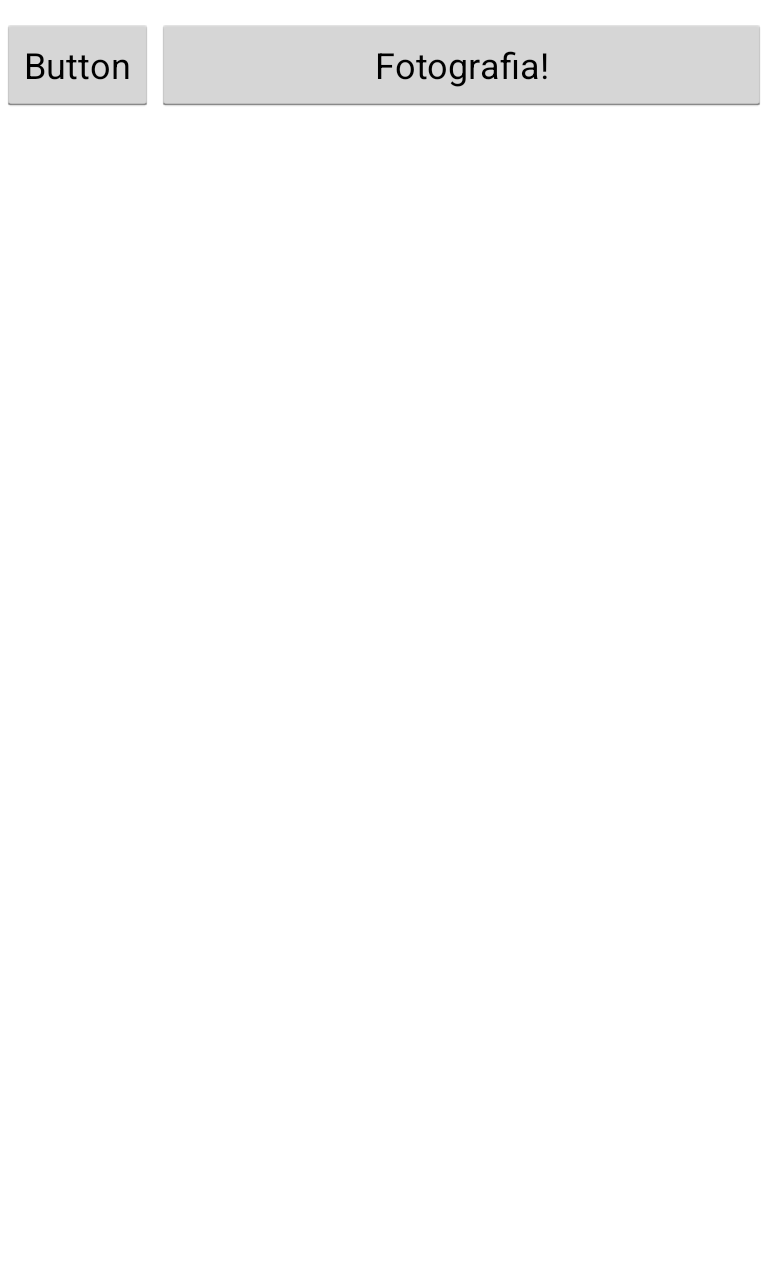
Repository: sstevenmr/SP-Galileo
Layout: Demo3_10/res/layout/activity_main.xml
These files come from the project's save history. The layout is drawn as it stood at one moment and after the next save; the edit follows.
It is drawn on a 768 x 1280 px phone screen (xhdpi) without system bars, with theme AppTheme; the app's code is not run. Lists and similar views that code fills are empty.

Above is the layout before, as saved 2014-02-24 17:02:29.

### Demo3_10/res/layout/activity_main.xml
<LinearLayout xmlns:android="http://schemas.android.com/apk/res/android"
    xmlns:tools="http://schemas.android.com/tools"
    android:layout_width="match_parent"
    android:layout_height="match_parent"
    android:orientation="vertical"
    tools:context=".MainActivity" >

    <LinearLayout
        android:orientation="horizontal"
        android:layout_width="match_parent"
        android:layout_height="wrap_content" >

        <Button
            android:id="@+id/button1"
            android:layout_width="wrap_content"
            android:layout_height="wrap_content"
            android:text="Button" />

        <Button
            android:id="@+id/btnPhoto"
            android:layout_width="match_parent"
            android:layout_height="wrap_content"
            android:gravity="center"
            android:text="@string/btn_Photo" />

        <Button
            android:id="@+id/btnUpdate"
            android:layout_width="wrap_content"
            android:layout_height="wrap_content"
            android:gravity="center"
            android:padding="20dp"
            android:text="@string/btn_Photo" />
    </LinearLayout>

    <GridView
        android:id="@+id/grid"
        android:layout_width="match_parent"
        android:layout_height="wrap_content"
        android:layout_marginTop="20dp"
        android:numColumns="2" >
    </GridView>

</LinearLayout>

### Demo3_10/res/values/strings.xml
<?xml version="1.0" encoding="utf-8"?>
<resources>

    <string name="app_name">Demo3</string>
    <string name="action_settings">Settings</string>
    <string name="hello_world">Hello world!</string>
    <string name="btn_Photo">Fotografia!</string>
    <string name="msg_yes">si</string>
    <string name="msg_no">no</string>
    <string name="title_activity_camera">CameraActivity</string>
	 <string name="btn_from_gallery">Desde la galeria</string>
	  <string name="btn_from_camera">Desde la camara</string>
</resources>

Loaded but not shown: Demo3_10/res/values/styles.xml (common file); Demo3_10/res/values-v11/styles.xml (common file); Demo3_10/res/values-v14/styles.xml (common file)

After the next save:
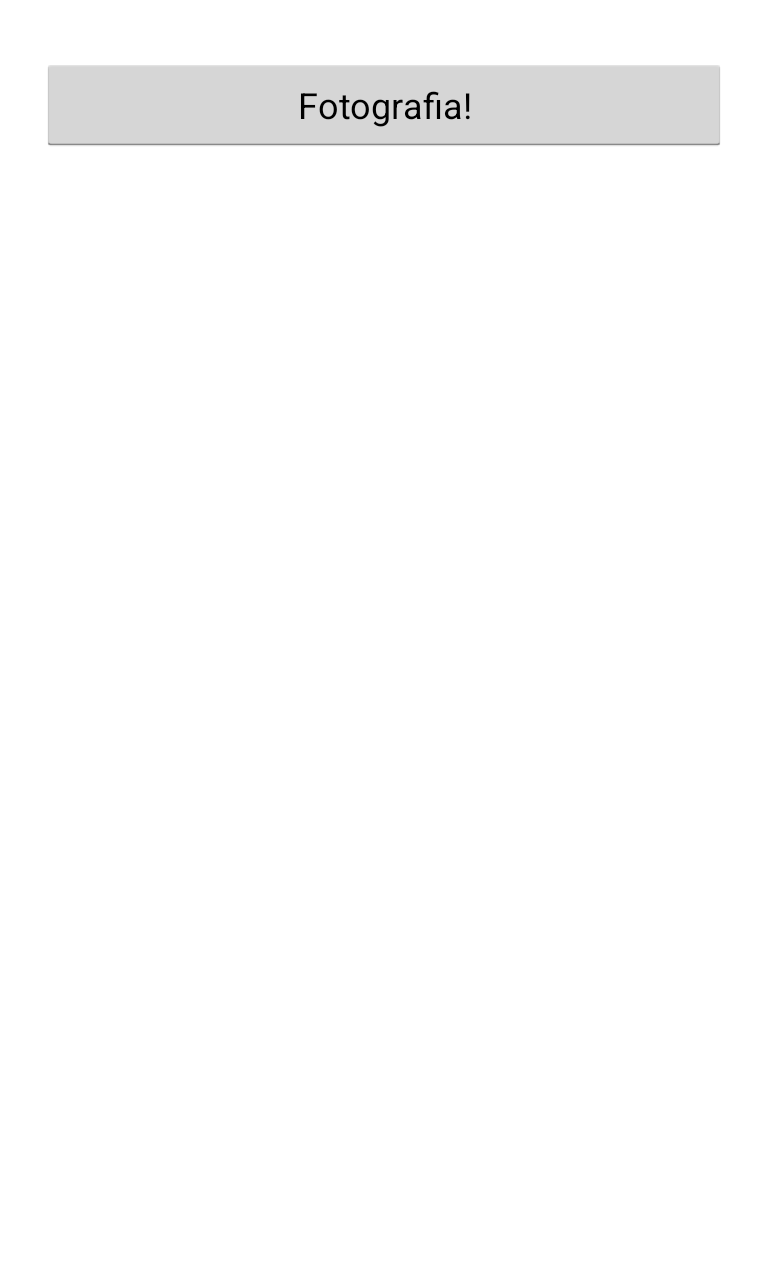
Saved 34 s later.
--- a/Demo3_10/res/layout/activity_main.xml
+++ b/Demo3_10/res/layout/activity_main.xml
@@ -5,16 +5,13 @@
     android:orientation="vertical"
     tools:context=".MainActivity" >
 
-    <LinearLayout
+   	<LinearLayout
         android:orientation="horizontal"
         android:layout_width="match_parent"
+        android:padding="20dp"
         android:layout_height="wrap_content" >
 
-        <Button
-            android:id="@+id/button1"
-            android:layout_width="wrap_content"
-            android:layout_height="wrap_content"
-            android:text="Button" />
+
 
         <Button
             android:id="@+id/btnPhoto"
